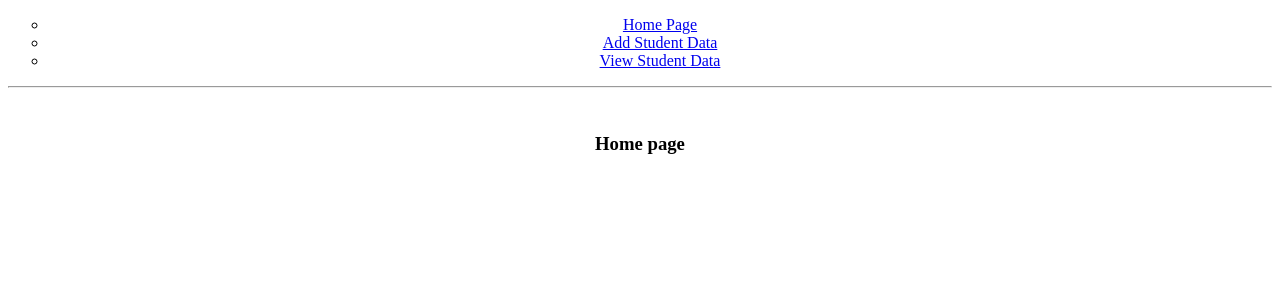
Repository: KrishMoradiya/Aixtor-Training-Projects-Backup
Page: http://localhost/CRUD_Student/index.jsp
An editor plug-in stored every save of this project. The page is shown before and after the next save, followed by the edit.
The browser window is 1280 px wide. The pictures show the whole page.
The page is served by Tomcat 10. Nobody is signed in. The application's start-up code is not run. Other server files are loaded and not shown.

Above is the page before, as saved 2023-12-22 10:37:51.

### Workspace - Eclipse Enterprise Edition/CRUD_Student/src/main/webapp/index.jsp
<%@ page language="java" contentType="text/html; charset=UTF-8"
    pageEncoding="UTF-8"%>
<!DOCTYPE html PUBLIC "-//W3C//DTD HTML 4.01 Transitional//EN" "http://www.w3.org/TR/html4/loose.dtd">
<html>
<head>
<meta http-equiv="Content-Type" content="text/html; charset=UTF-8">
<title>Insert title here</title>
</head>
<body>
	<jsp:include page="header.jsp"></jsp:include>
	<center>
		<h3>Home page</h3>
	</center>
</body>
</html>

### Workspace - Eclipse Enterprise Edition/CRUD_Student/src/main/webapp/header.jsp
<%@page import="com.Classes.AuthUser"%>
<%@ page language="java" contentType="text/html; charset=UTF-8"
    pageEncoding="UTF-8"%>
<!DOCTYPE html PUBLIC "-//W3C//DTD HTML 4.01 Transitional//EN" "http://www.w3.org/TR/html4/loose.dtd">
<html>
<head>
<meta http-equiv="Content-Type" content="text/html; charset=UTF-8">
<title>Insert title here</title>
</head>
<body>
	<center>
		<ul type="circle">
			<li><a href="index.jsp">Home Page</a></li>
			<li><a href="Register.jsp">Add Student Data</a></li>
			<li><a href="/CRUD_Student/GetStudentData">View Student Data</a></li>

		</ul>
		<hr><br>
	</center>
</body>
</html>

After the next save:
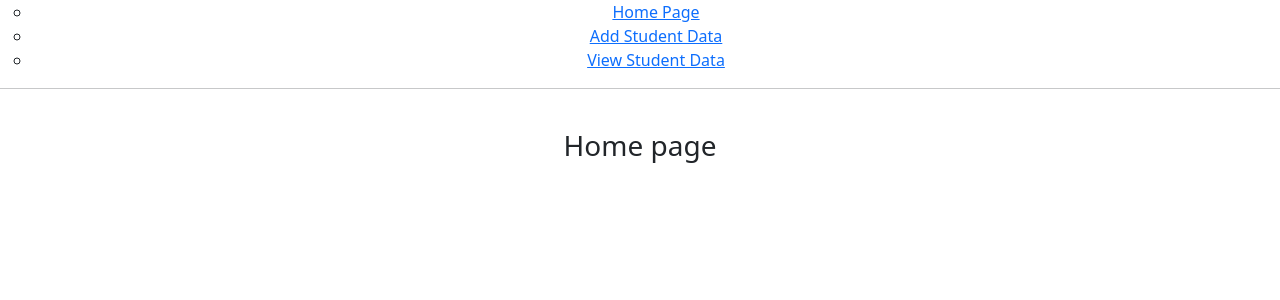
Saved 41 s later.
--- a/Workspace - Eclipse Enterprise Edition/CRUD_Student/src/main/webapp/header.jsp
+++ b/Workspace - Eclipse Enterprise Edition/CRUD_Student/src/main/webapp/header.jsp
@@ -6,6 +6,7 @@
 <head>
 <meta http-equiv="Content-Type" content="text/html; charset=UTF-8">
 <title>Insert title here</title>
+<link href="https://cdn.jsdelivr.net/npm/bootstrap@5.0.2/dist/css/bootstrap.min.css" rel="stylesheet" integrity="sha384-EVSTQN3/azprG1Anm3QDgpJLIm9Nao0Yz1ztcQTwFspd3yD65VohhpuuCOmLASjC" crossorigin="anonymous">
 </head>
 <body>
 	<center>
